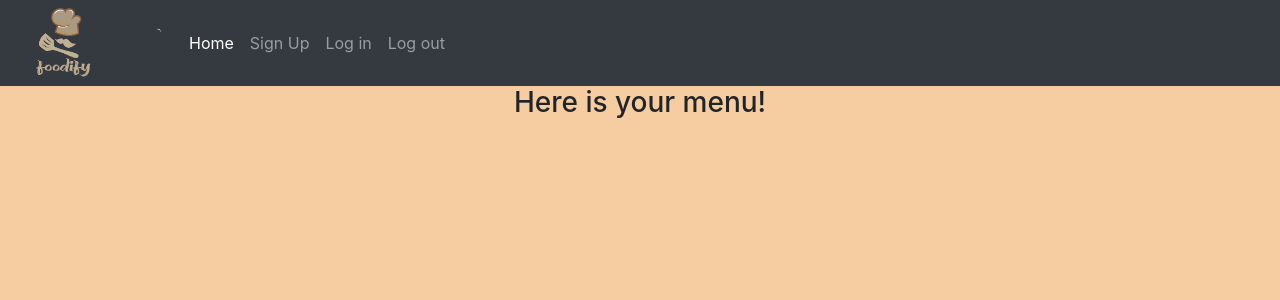
Repository: RanaHisham18/Foodify-Web-App
Page: Project IA raghda/usermenu.html
These files come from the project's save history. The page is drawn as it stood at one moment and after the next save; the edit follows.
The browser window is 1280 px wide. The pictures show the whole page.

Above is the page before, as saved 2022-01-06 18:18:00.

After the next save:
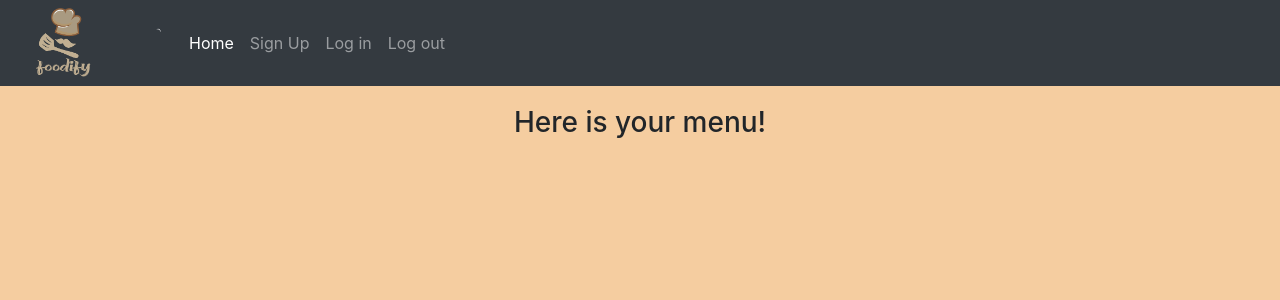
Saved 9 s later.
--- a/Project IA raghda/usermenu.css
+++ b/Project IA raghda/usermenu.css
@@ -14,5 +14,5 @@ body
 }
 h3{
     text-align: center;
-    margin: top 20px;
+    margin:  20px;
 }
